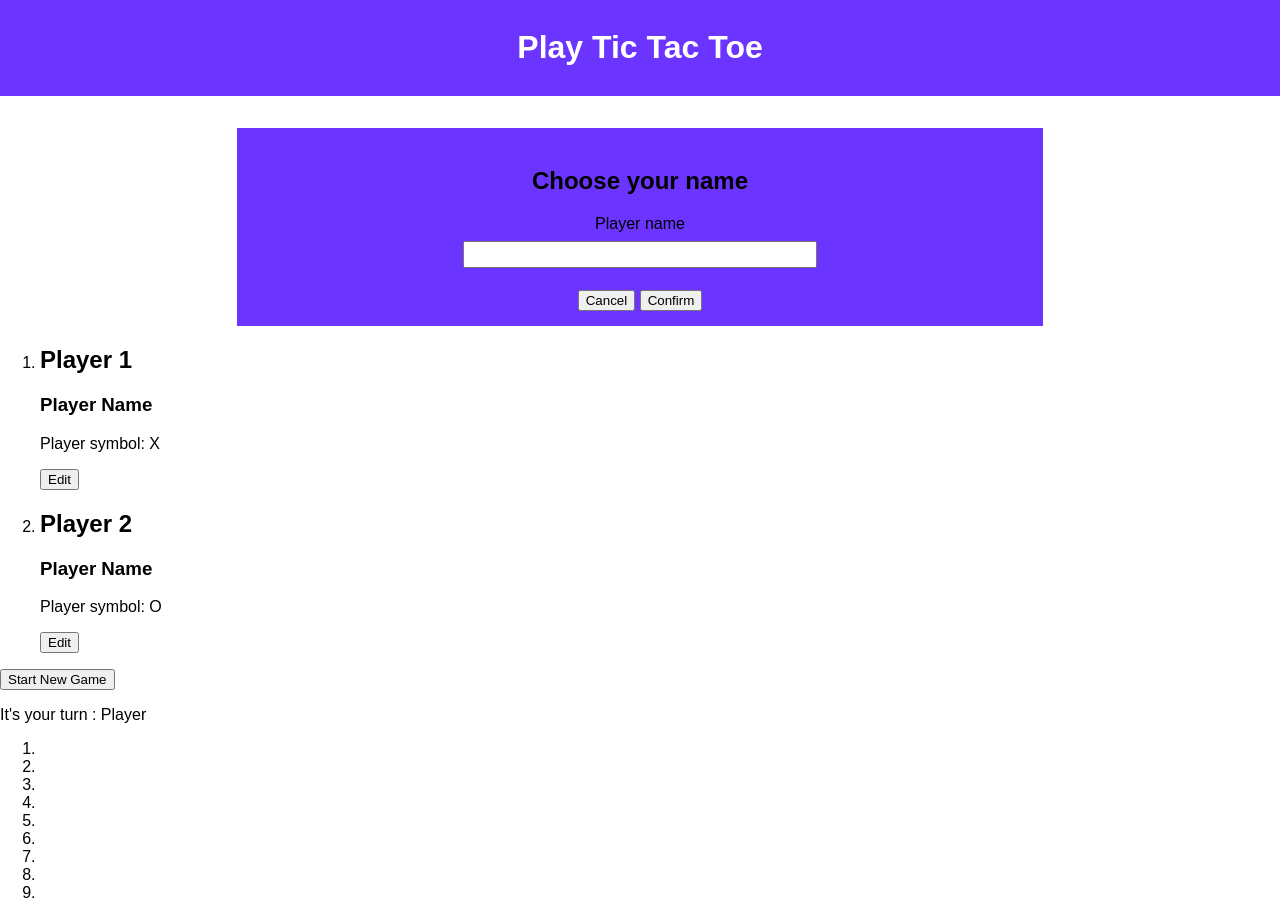
Repository: Harjot00/Wevdev
Page: Tic tac toe/index.html
An editor plug-in stored every save of this project. The page is shown before and after the next save, followed by the edit.
The browser window is 1280 px wide. The pictures show the whole page.
Some web fonts or font styles are not loaded; a fallback is used.

Above is the page before, as saved 2022-05-20 23:56:47.

### Tic tac toe/index.html
<!DOCTYPE html>
<html lang="en">
<head>
    <meta charset="UTF-8">
    <meta http-equiv="X-UA-Compatible" content="IE=edge">
    <meta name="viewport" content="width=device-width, initial-scale=1.0">
    <link rel="stylesheet" href="styles.css">
    <link href="https://fonts.googleapis.com/css2?family=Roboto:wght@100&family=Send+Flowers&display=swap" rel="stylesheet">
    <title>Tic Tac Toe</title>

</head>
<body>
    <header>
        <h1>Play Tic Tac Toe</h1>

    </header>
    <main>
        <aside>
            <h2>Choose your name</h2>
            <form >
                <div>
                    <label for = "playername">Player name</label>
                    <input type="text" name="username" id="username"/>

                </div>
                <div id = "btn-div">
                    <button type="button"> Cancel</button>
                    <button type="submit">Confirm</button>
                </div>
            </form>
        </aside>
        <div id="gamestyle">
            <ol>
                <li>
                    <h2>Player 1</h2>
                    <h3>Player Name</h3>
                    <p>Player symbol: X</p>
                    <button>Edit</button>
                </li>
                <li>
                    <h2>Player 2</h2>
                    <h3>Player Name</h3>
                    <p>Player symbol: O</p>
                    <button>Edit</button>
                </li>
            </ol>
            <button>Start New Game</button>
        </div>
         <section id="active-game">
             <p>It's your turn : Player</p>
             <ol>
                 <li></li>
                 <li></li>
                 <li></li>
                 <li></li>
                 <li></li>
                 <li></li>
                 <li></li>
                 <li></li>
                 <li></li>
             </ol>
         </section>
    </main>

</body>
</html>

### Tic tac toe/styles.css
@import url('https://fonts.googleapis.com/css2?family=Roboto:wght@100&family=Send+Flowers&display=swap');
body{
    font-family: 'Montserrat', sans-serif;
    margin: 0;
    padding: 0;
}
header{
    background-color: #6b35ff;
    margin:0 0 2rem 0;
    padding: 0.5rem 0;
    color:white;
    text-align: center;
}
aside {
    text-align: center;
    margin:1rem auto;
    width:60vw;
    height:10rem;
    padding:1.2rem;
    background-color:#6b35ff;
}
aside input {
    display:block;
    margin:0.5rem auto;
    height:1.3rem;
    width:45%;
}
#btn-div button{
    display:inline-block;
    margin:0.9rem 0;

}

After the next save:
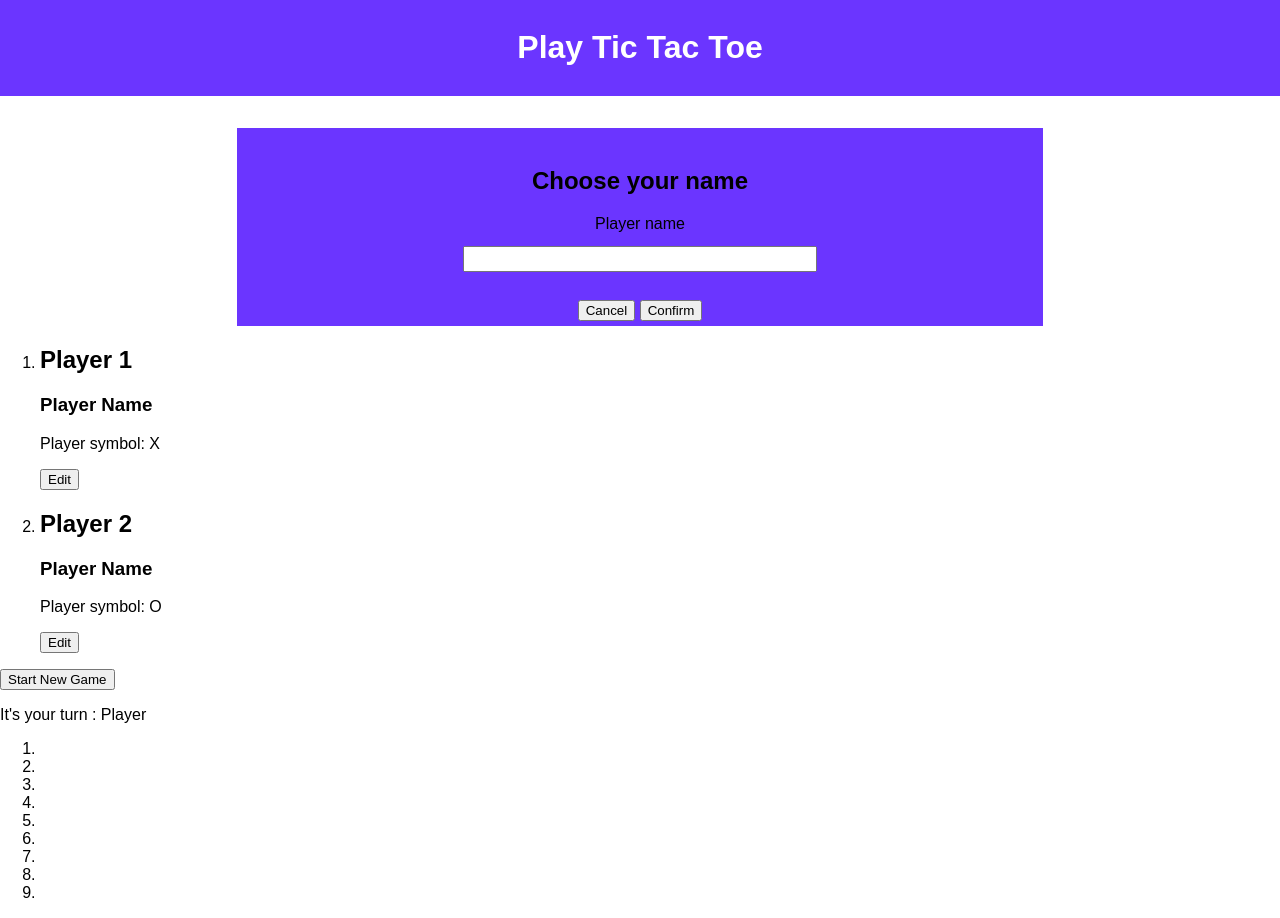
Saved 18 s later.
--- a/Tic tac toe/styles.css
+++ b/Tic tac toe/styles.css
@@ -21,7 +21,7 @@ aside {
 }
 aside input {
     display:block;
-    margin:0.5rem auto;
+    margin:0.8rem auto;
     height:1.3rem;
     width:45%;
 }

After the save that followed:
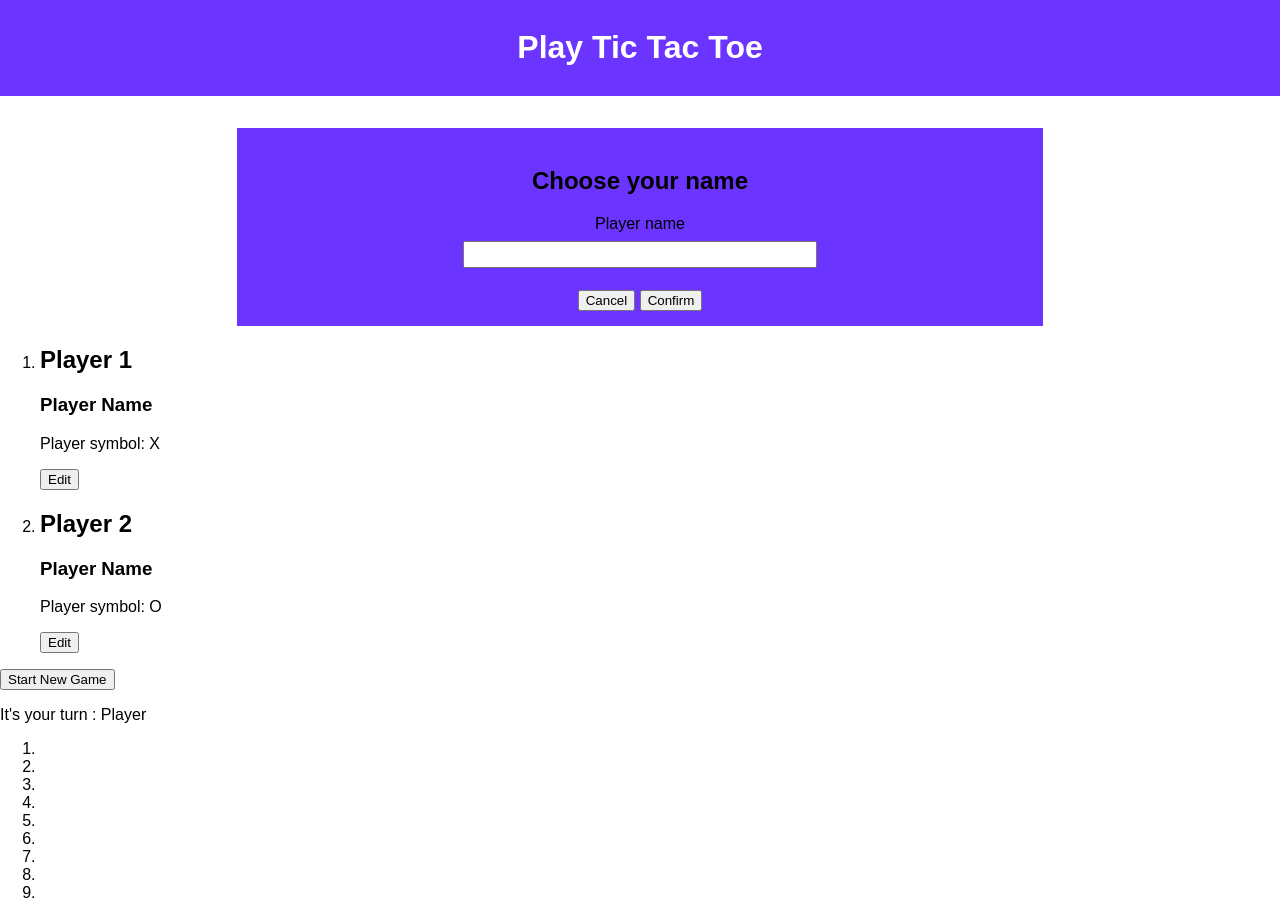
Saved 12 s later.
--- a/Tic tac toe/styles.css
+++ b/Tic tac toe/styles.css
@@ -21,7 +21,7 @@ aside {
 }
 aside input {
     display:block;
-    margin:0.8rem auto;
+    margin:0.5rem auto;
     height:1.3rem;
     width:45%;
 }
